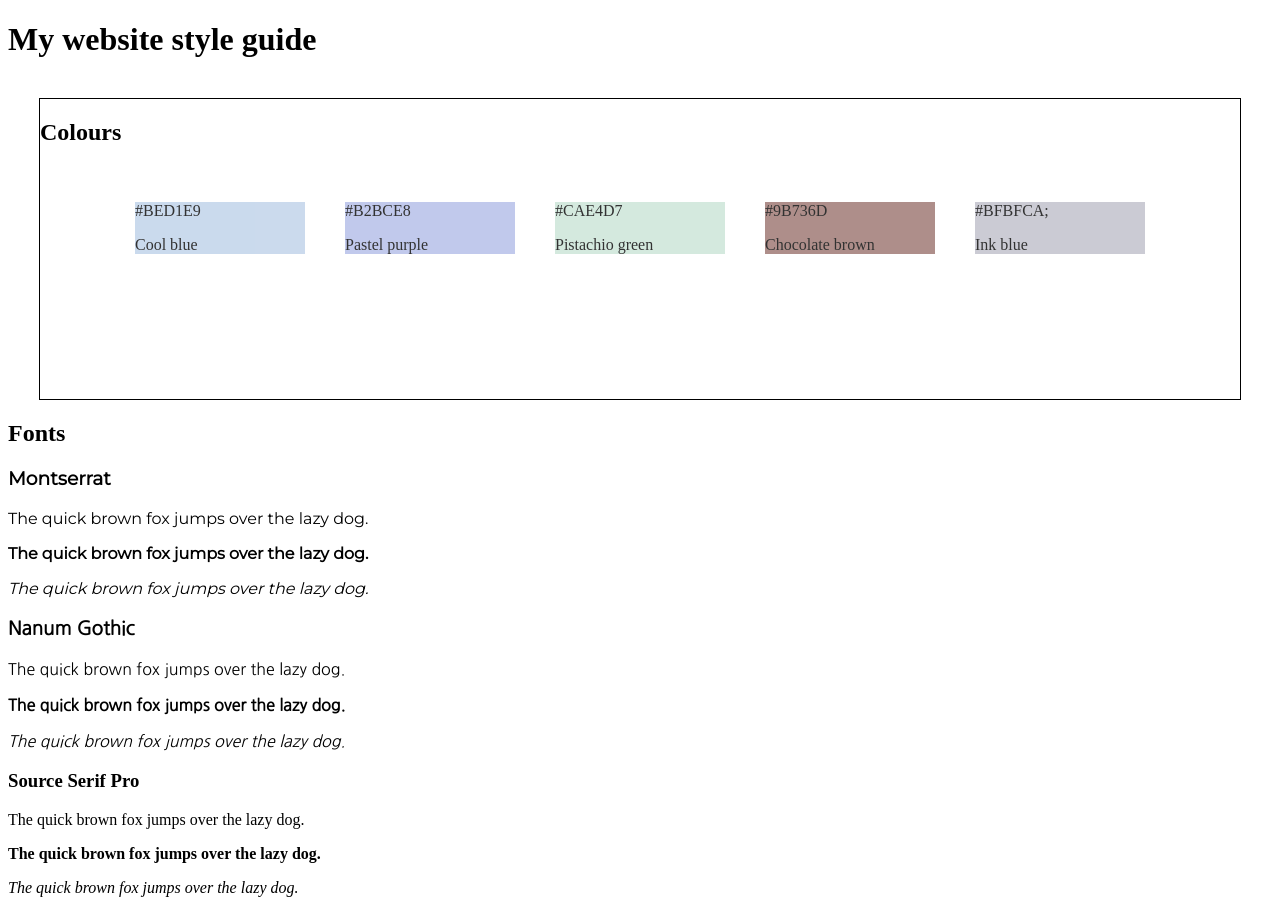
Repository: nazaninrizvi/codecademy
Page: Javascript/website-design-system/index.html
The author's editor kept a copy of each file at every save. The page is drawn from the files as they stood at one save, then again after a run of saves.
The browser window is 1280 px wide. The pictures show the whole page.
Some web fonts or font styles are not loaded; a fallback is used.

Above is the page before, as saved 2021-11-26 17:19:29.

After the next 2 saves:
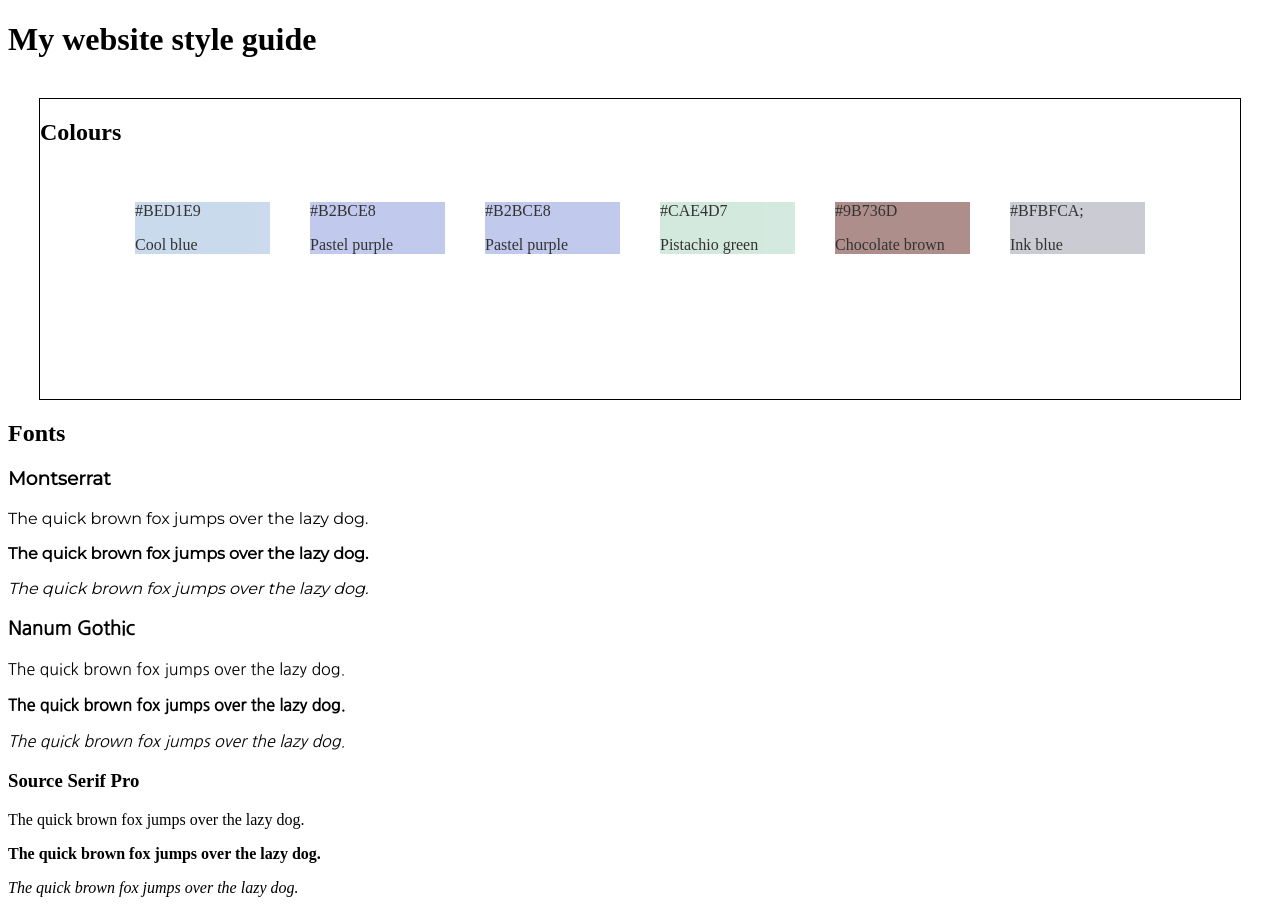
The 2 saves are shown as one change because they came seconds apart.
The last was saved 13 s later.
--- a/Javascript/website-design-system/index.html
+++ b/Javascript/website-design-system/index.html
@@ -15,6 +15,11 @@
                     <div class="cols"><div id="coolblue">
                         <p>#BED1E9</p>
                         <p>Cool blue</p>
+                    </div></div>
+
+                    <div class="cols"><div id="pastelPurple">
+                        <p>#B2BCE8</p>
+                        <p>Pastel purple</p>
                     </div></div>
 
                     <div class="cols"><div id="pastelPurple">
